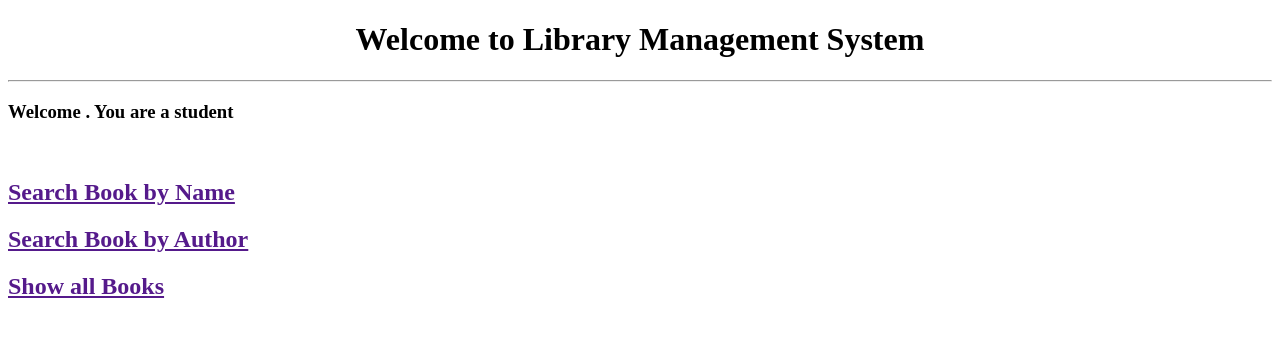
Repository: paragpatidar/LibraryManagementSystem
Page: http://localhost/LibraryManagementSystemSpring/WEB-INF/ui/StudentOperation.jsp
An editor plug-in stored every save of this project. The page is shown before and after the next save, followed by the edit.
The browser window is 1280 px wide. The pictures show the whole page.
The page is served by Tomcat 9. Nobody is signed in. Other server files are loaded and not shown. The template is opened directly, without the code that normally fills it, so the values that code supplies are empty.

Above is the page before, as saved 2017-11-08 04:33:46.

### LibraryManagementSystemSpring/WebContent/WEB-INF/ui/StudentOperation.jsp
<%@ page language="java" contentType="text/html; charset=ISO-8859-1"
    pageEncoding="ISO-8859-1"%>
<!DOCTYPE html PUBLIC "-//W3C//DTD HTML 4.01 Transitional//EN" "http://www.w3.org/TR/html4/loose.dtd">
<html>
<head>
<meta http-equiv="Content-Type" content="text/html; charset=ISO-8859-1">
<title>Insert title here</title>
</head>
<body>
	<h1 align="center">Welcome to Library Management System</h1>
	<hr>
	<div id="form">
		<h3>Welcome ${userName}. You are a student</h3>
		<br>
		<h2><a href="">Search Book by Name</a></h2>
		<h2><a href="">Search Book by Author</a></h2>
		<h2><a href="">Show all Books</a></h2>
	</div>
</body>
</html>

After the next save:
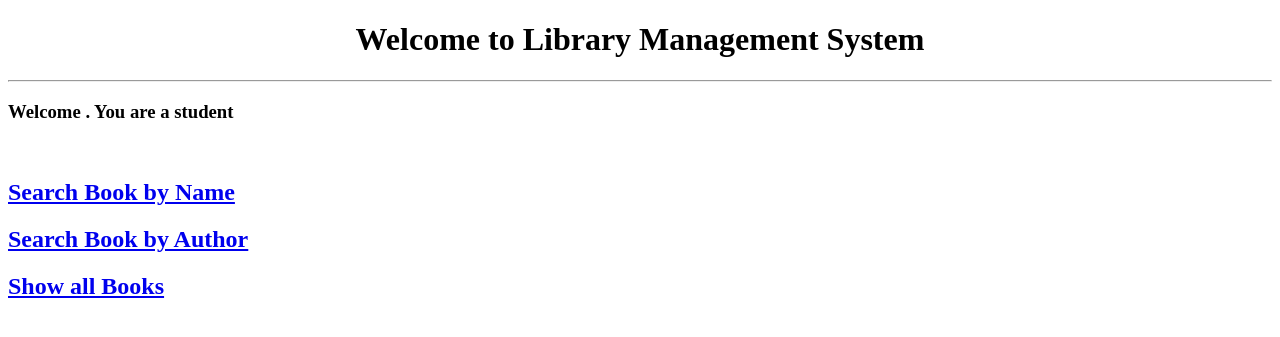
Saved 4 min 25 s later.
--- a/LibraryManagementSystemSpring/WebContent/WEB-INF/ui/StudentOperation.jsp
+++ b/LibraryManagementSystemSpring/WebContent/WEB-INF/ui/StudentOperation.jsp
@@ -12,9 +12,9 @@
 	<div id="form">
 		<h3>Welcome ${userName}. You are a student</h3>
 		<br>
-		<h2><a href="">Search Book by Name</a></h2>
-		<h2><a href="">Search Book by Author</a></h2>
-		<h2><a href="">Show all Books</a></h2>
+		<h2><a href="searchByName.htm">Search Book by Name</a></h2>
+		<h2><a href="searchByAuthor.htm">Search Book by Author</a></h2>
+		<h2><a href="showAll.htm">Show all Books</a></h2>
 	</div>
 </body>
 </html>
